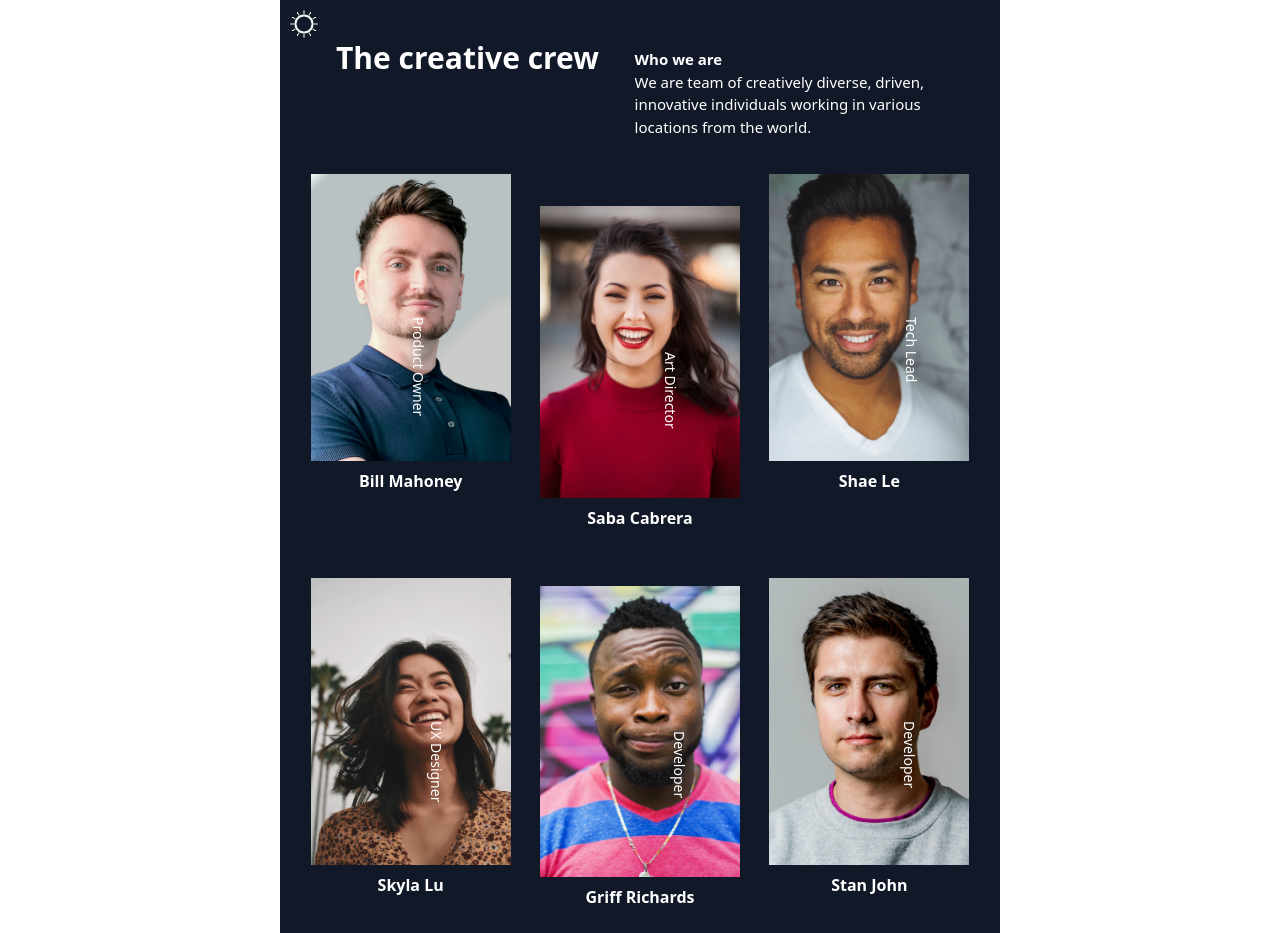
Repository: Alzate1075/Funval-G3-N2
Page: /
These files come from the project's save history. The page is drawn as it stood at one moment and after the next save; the edit follows.
The browser window is 1280 px wide. The pictures show the whole page.
The project was rebuilt for these pictures with package versions that can differ from the ones it lists, and the page was loaded fresh each time. Also part of the build but not shown: vite.config.js.

Above is the page before, as saved 2025-07-02 23:40:19.

### index.html
<!DOCTYPE html>
<html lang="en">
  <head>
    <meta charset="UTF-8" />
    <link rel="icon" type="image/svg+xml" href="/vite.svg" />
    <meta name="viewport" content="width=device-width, initial-scale=1.0" />
    <link rel="stylesheet" href="./src/index.css" />
    <title>Vite + React</title>
  </head>
  <body>
    <div id="root"></div>
    <script type="module" src="/src/main.jsx"></script>
  </body>
</html>

### src/App.jsx
import React from "react";
import { TeamCard } from "./components/TeamCard";
import miArray from "./components/ArrayTeams";

function App() {
  return (
    <div className="md:bg-[#111827] p-2 md:mx-70">
      <div>
        <img src="/images/sol.png" alt="sol" className="w-8 justify-end" />
      </div>
      <div className="flex justify-end">
        <img src="/images/luna.png" alt="luna" className="w-8 md:hidden" />
      </div>
      <div className="md:text-white text-black text-center md:flex md:justify-between md:mx-12">
        <h1 className="text-3xl font-bold">The creative crew</h1>
        <p className="text-[15px] mt-2 max-w-md md:text-md text-wrap text-left m-5">
          <b>Who we are</b>
          <br />
          We are team of creatively diverse, driven, <br /> innovative
          individuals working in various <br /> locations from the world.
        </p>
      </div>

      <div className="md:bg-[#111827] grid grid-cols-2 md:grid-cols-3 gap-x-4 gap-y-6 p-4">
        {miArray.map((persona, index) => (
          <TeamCard
            key={index}
            name={persona.name}
            role={persona.role}
            image={persona.image}
            extraClass={`${index % 2 === 1 ? "mt-6" : ""} ${
              index % 3 === 1 ? "md:mt-8" : ""
            }`}
          />
        ))}
      </div>
    </div>
  );
}

export default App;

### src/components/TeamCard.jsx
import React from "react";
export function TeamCard(props) {
  return (
    <div className={`${props.extraClass}`}>
      <div className="text-black md:text-white md:flex md:items-center md:justify-center gap-2 relative">
        <img src={props.image} alt={props.name} className="md:w-[200px] w-20" />
        <span className="absolute right-0 top-1/2 -translate-y-1/2 rotate-90 origin-left text-sm">
          {props.role}
        </span>
      </div>
      <div className="md:text-white text-center mt-2">
        <h3 className="font-semibold">{props.name}</h3>
      </div>
    </div>
  );
}

/* export function TeamCard(props) {
  return (
    <div>
      <h3>{props.name}</h3>
      <p>{props.role}</p>
      <img src={props.image} alt={props.name} width="100" />
    </div>
  );
} */

### src/components/ArrayTeams.jsx
import React from "react";
const miArray = [
  {
    name: "Bill Mahoney",
    role: "Product Owner",
    image: "/images/photo1.png",
  },
  {
    name: "Saba Cabrera",
    role: "Art Director",
    image: "/images/photo2.png",
  },
  {
    name: "Shae Le",
    role: "Tech Lead",
    image: "/images/photo3.png",
  },
  {
    name: "Skyla Lu",
    role: "UX Designer",
    image: "/images/photo4.png",
  },
  {
    name: "Griff Richards",
    role: "Developer",
    image: "/images/photo5.png",
  },
  {
    name: "Stan John",
    role: "Developer",
    image: "/images/photo6.png",
  },
];

export default miArray;

Loaded but not shown: src/index.css (common file); src/main.jsx (common file)

After the next save:
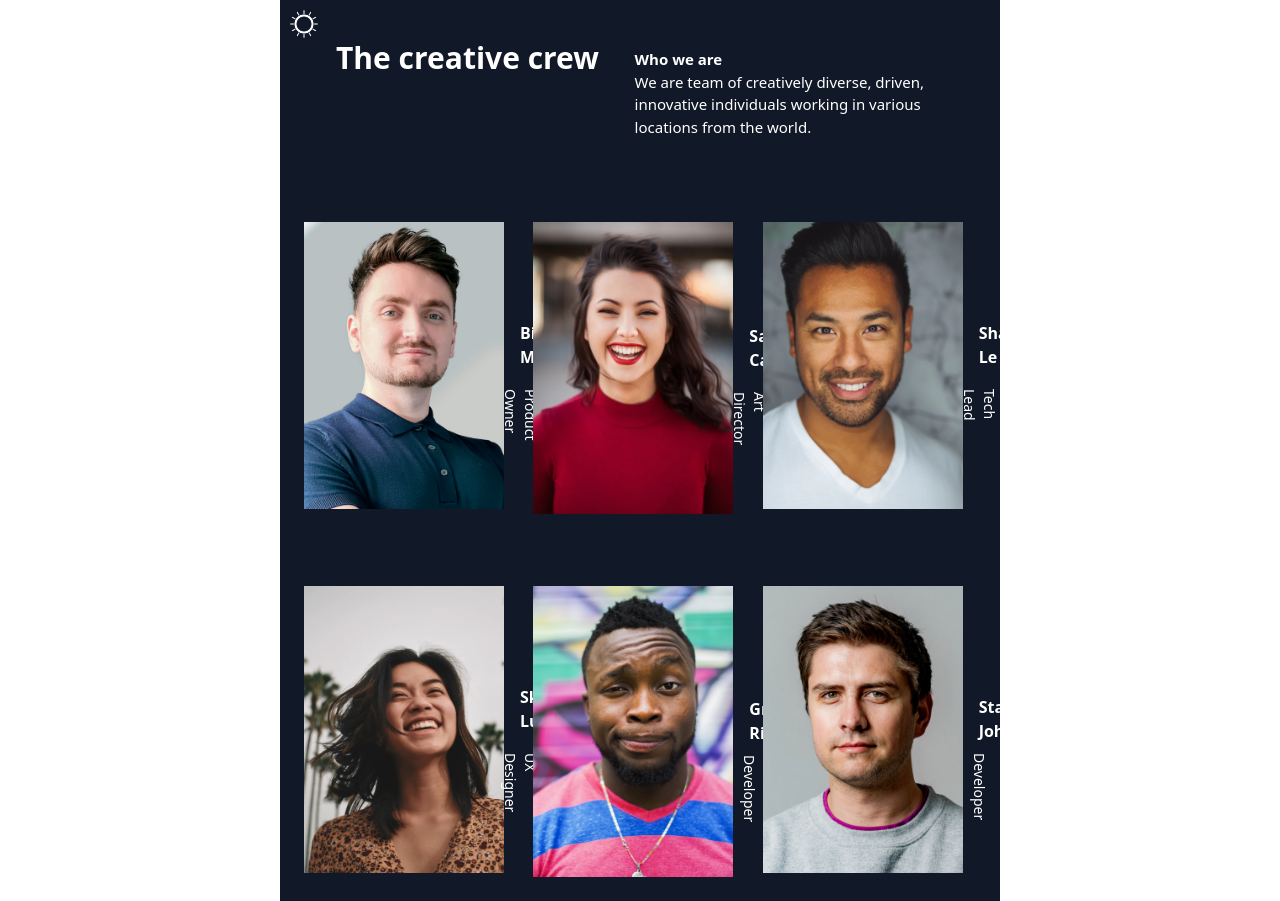
Saved 3 min 28 s later.
--- a/src/components/TeamCard.jsx
+++ b/src/components/TeamCard.jsx
@@ -1,15 +1,16 @@
 import React from "react";
 export function TeamCard(props) {
   return (
-    <div className={`${props.extraClass}`}>
-      <div className="text-black md:text-white md:flex md:items-center md:justify-center gap-2 relative">
+    <div className={`md:mt-12 ${props.extraClass}`}>
+      <div className="text-black md:text-white flex items-center justify-start gap-2 relative">
         <img src={props.image} alt={props.name} className="md:w-[200px] w-20" />
-        <span className="absolute right-0 top-1/2 -translate-y-1/2 rotate-90 origin-left text-sm">
-          {props.role}
-        </span>
-      </div>
-      <div className="md:text-white text-center mt-2">
-        <h3 className="font-semibold">{props.name}</h3>
+
+        <div className="flex flex-col items-start ml-2">
+          <h3 className="font-semibold">{props.name}</h3>
+          <span className="rotate-90 md:rotate-90 origin-left text-sm md:text-white text-black">
+            {props.role}
+          </span>
+        </div>
       </div>
     </div>
   );
